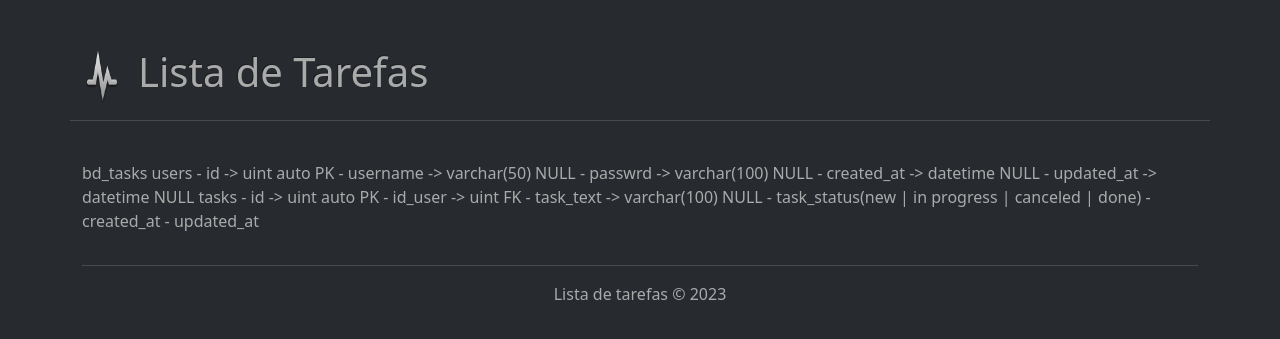
Repository: cargugati/lista_tarefas
Page: frontEnd/new_task.html
These files come from the project's save history. The page is drawn as it stood at one moment and after the next save; the edit follows.
The browser window is 1280 px wide. The pictures show the whole page.

Above is the page before, as saved 2023-03-30 10:27:31.

### frontEnd/new_task.html
<!DOCTYPE html>
<html lang="pt-br">

<head>
  <meta charset="UTF-8">
  <meta http-equiv="X-UA-Compatible" content="IE=edge">
  <meta name="viewport" content="width=device-width, initial-scale=1.0">
  <title>Lista de Tarefas</title>
  <link rel="stylesheet" href="./assets/css/bootstrap.min.css">
  <link rel="stylesheet" href="./assets/fontawesome/css/all.min.css">
  <link rel="shortcut icon" href="./assets/images/favicon.png" type="image/png">
</head>

<body>
  <div class="container my-5">

    <!-- cabeçalho -->
    <div class="row mb-4">
      <div class="col">
        <div class="d-flex justify-content-start">
          <img src="./assets/images/favicon.png" alt="Logo" class="img-fluid me-3" width="40px">
          <h1>Lista de Tarefas</h1>
        </div>

      </div>

      <hr class="my-3">
    </div>

    <!-- espaço para criar nova tarefa -->

    bd_tasks

    users
    - id -> uint auto PK
    - username -> varchar(50) NULL
    - passwrd -> varchar(100) NULL
    - created_at -> datetime NULL
    - updated_at -> datetime NULL

    tasks
    - id -> uint auto PK
    - id_user -> uint FK
    - task_text -> varchar(100) NULL
    - task_status(new | in progress | canceled | done)
    - created_at
    - updated_at






    <!-- footer -->
    <div class="row mt-3">
      <div class="col text-center">
        <hr>
        <p>Lista de tarefas &copy; 2023</p>
      </div>
    </div>


  </div>

  <script src="./assets/js/bootstrap.bundle.min.js"></script>
</body>

</html>

Loaded but not shown: frontEnd/assets/css/bootstrap.min.css (library); frontEnd/assets/fontawesome/css/all.min.css (library); frontEnd/assets/js/bootstrap.bundle.min.js (library)

After the next save:
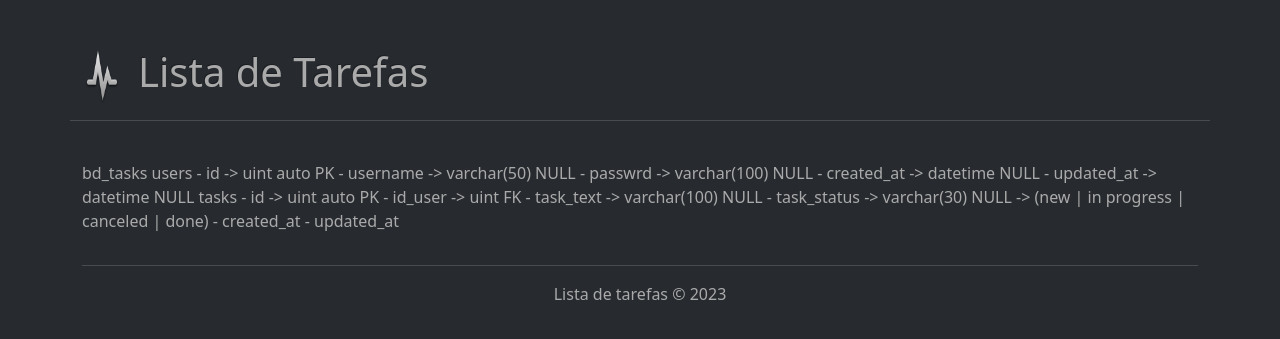
Saved 29 s later.
--- a/frontEnd/new_task.html
+++ b/frontEnd/new_task.html
@@ -42,7 +42,7 @@
     - id -> uint auto PK
     - id_user -> uint FK
     - task_text -> varchar(100) NULL
-    - task_status(new | in progress | canceled | done)
+    - task_status -> varchar(30) NULL -> (new | in progress | canceled | done)
     - created_at
     - updated_at
 
